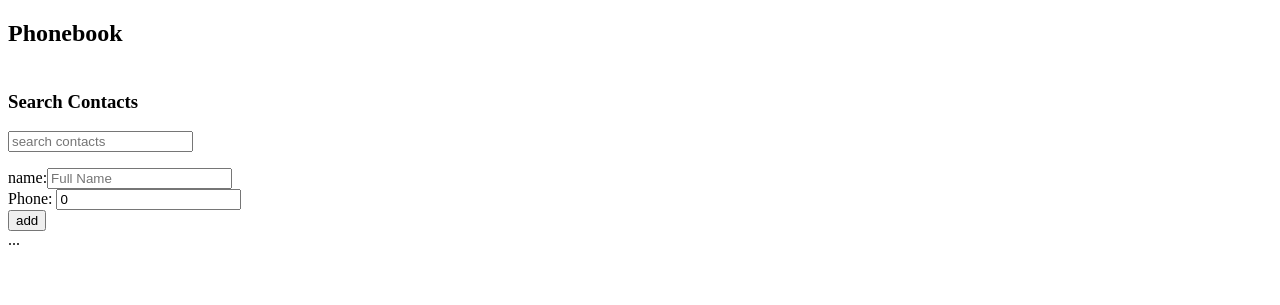
Repository: osalvatierra/fullstackopen
Page: / (app in phonebook/)
An editor plug-in stored every save of this project. The page is shown before and after the next save, followed by the edit.
The browser window is 1280 px wide. The pictures show the whole page.
The page's requests for data from a server got no answer. The project was rebuilt for these pictures with package versions that can differ from the ones it lists, and the page was loaded fresh each time. No one was signed in, and anything a server would have sent is missing. Also part of the build but not shown: phonebook/vite.config.js.

Above is the page before, as saved 2025-04-25 13:50:17.

### phonebook/src/main.tsx
import ReactDOM from "react-dom/client";
import "./index.css";
import App from "./App";

ReactDOM.createRoot(document.getElementById("root")!).render(<App />);

### phonebook/src/index.css
h1 {
  color: green;
  font-style: italic;
}

li {
  color: grey;
  padding-top: 3px;
  font-size: 15px;
}
.note {
  color: green;
  padding-top: 5px;
  font-size: 15px;
}

### phonebook/src/App.tsx
import { useState, useEffect } from "react";
import { Phonebook } from "./types/phonebook";

import PersonForm from "./components/PersonForm";
import SearchBox from "./components/SearchBox";
import SearchList from "./components/SearchList";
import Notifications from "./components/notifications";

import personService from "./services/personService";

const App = () => {
  const [persons, setPersons] = useState<Phonebook[]>([]);
  const [newName, setNewName] = useState("");
  const [newNumber, setNewNumber] = useState<number>(0);
  const [filteredPersons, setFilterPersons] = useState(persons);
  const [searchField, setSearchField] = useState("");
  const [message, setMessage] = useState("");

  const hook = () => {
    console.log("effect");
    personService.getAll().then((response) => {
      console.log("promise fullfilled");
      setPersons(response.data);
    });
  };

  useEffect(hook, []);

  console.log("render", persons.length, "notes");

  useEffect(() => {
    const newFilteredPersons = persons.filter((person) => {
      return person.name.toLocaleLowerCase().includes(searchField);
    });
    setFilterPersons(newFilteredPersons);
  }, [persons, searchField]);

  const handleName = (event: React.ChangeEvent<HTMLInputElement>) => {
    console.log(event.target.value);
    const value = event.target.value;

    setNewName(value);
  };

  const handleNumber = (event: React.ChangeEvent<HTMLInputElement>) => {
    console.log(event.target.value);
    const value = Number(event.target.value) || 0;
    setNewNumber(value);
  };

  const onSearchChange = (event: React.ChangeEvent<HTMLInputElement>) => {
    const searchFieldString = event.target.value.toLocaleLowerCase();
    setSearchField(searchFieldString);
  };

  const handleDelete = (id: string) => {
    if (window.confirm("Are you sure you want to delete this contact?")) {
      personService
        .remove(id)
        .then(() => {
          setPersons(persons.filter((p) => p.id !== id));
          const deletedName =
            persons.find((p) => p.id === id)?.name ?? "Unknown";
          console.log(deletedName);
          setMessage(`${deletedName} was removed from the phonebook`);
        })
        .catch((err) => {
          console.error(err);
          alert("Failed to delete contact.");
        });
    }
  };

  const handleSubmit = (event: React.FormEvent<HTMLFormElement>) => {
    event?.preventDefault();

    const existingPerson = persons.find((p) => p.name === newName);

    console.log(existingPerson);
    const phoneObject = {
      id: existingPerson ? existingPerson.id : crypto.randomUUID(),
      name: newName,
      number: newNumber,
    };

    if (existingPerson) {
      personService
        .update(existingPerson.id, phoneObject)
        .then((response) => {
          setPersons(
            persons.map((p) => (p.id === existingPerson.id ? response.data : p))
          );
          alert(`${newName} updated sucessfully.`);
          setMessage(`${newName} was updated`);
        })
        .catch((error) => {
          console.error(error);
          alert("Update Failed");
        });
    } else {
      personService
        .create({ ...phoneObject, id: crypto.randomUUID() })
        .then((response) => {
          setPersons(persons.concat(response.data));
          setMessage(`${newName} was added to phonebook`);
          alert(`${newName} added to phonebook.`);
        });
    }

    setNewName("");
    setNewNumber(0);
  };

  return (
    <div>
      <h2>Phonebook</h2>
      <Notifications message={message} />
      <h3>Search Contacts</h3>
      <SearchBox
        onChangeHandler={onSearchChange}
        placeholder="search contacts"
      />
      <SearchList persons={filteredPersons} handleDelete={handleDelete} />
      <PersonForm
        handleSubmit={handleSubmit}
        handleName={handleName}
        handleNumber={handleNumber}
        newName={newName}
        newNumber={newNumber}
      />
      ...
    </div>
  );
};

export default App;

### phonebook/src/components/PersonForm.tsx
import { formProps } from "../types/formprops";

const PersonForm = ({
  newName,
  newNumber,
  handleName,
  handleNumber,
  handleSubmit,
}: formProps) => (
  <form onSubmit={handleSubmit}>
    <div>
      name:
      <input placeholder={"Full Name"} value={newName} onChange={handleName} />
    </div>
    <div>
      Phone: <input value={newNumber} onChange={handleNumber} />
    </div>
    <div>
      <button type="submit">add</button>
    </div>
  </form>
);

export default PersonForm;

### phonebook/src/components/SearchBox.tsx
import { SearchBoxProps } from "../types/searchboxprops";

const SearchBox = ({ placeholder, onChangeHandler }: SearchBoxProps) => (
  <input placeholder={placeholder} onChange={onChangeHandler} />
);

export default SearchBox;

### phonebook/src/components/SearchList.tsx
import { Phonebook } from "../types/phonebook";

type SearchListProps = {
  persons: Phonebook[];
  handleDelete: (id: string) => void;
};

const SearchList = ({ persons, handleDelete }: SearchListProps) => {
  return (
    <div>
      <ul>
        {persons.map((person) => (
          <li key={person.id}>
            {person.name} — {person.number}{" "}
            <button type="button" onClick={() => handleDelete(person.id)}>
              Delete
            </button>
          </li>
        ))}
      </ul>
    </div>
  );
};

export default SearchList;

### phonebook/src/components/notifications.tsx
type notificationProps = {
  message: string;
};

const Notifications = ({ message }: notificationProps) => {
  if (message === null) {
    return null;
  }

  return <div className="note">{message}</div>;
};

export default Notifications;

### phonebook/src/services/personService.tsx
import axios from "axios";
const baseUrl = "http://localhost:3001/persons";
import { PersonService } from "../types/personserviceprops";

const getAll: PersonService["getAll"] = () => {
  return axios.get(baseUrl);
};

const create: PersonService["create"] = (newObject) => {
  return axios.post(baseUrl, newObject);
};

const update: PersonService["update"] = (id: string, newObject) => {
  return axios.put(`${baseUrl}/${id}`, newObject);
};

const remove: PersonService["remove"] = (id) => {
  return axios.delete(`${baseUrl}/${id}`);
};

const personService: PersonService = {
  getAll,
  create,
  update,
  remove,
};

export default personService;

Loaded but not shown: phonebook/index.html (common file)

After the next save:
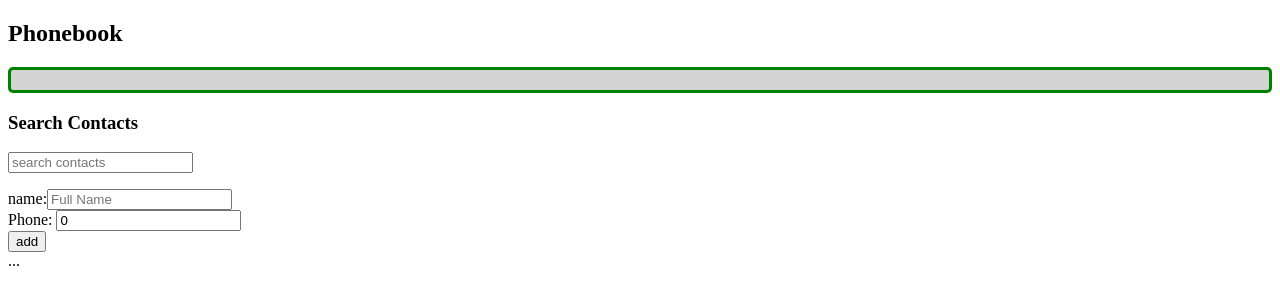
Saved 4 min 10 s later.
--- a/phonebook/src/index.css
+++ b/phonebook/src/index.css
@@ -12,4 +12,10 @@ li {
   color: green;
   padding-top: 5px;
   font-size: 15px;
+  background: lightgrey;
+  font-size: 20px;
+  border-style: solid;
+  border-radius: 5px;
+  padding: 10px;
+  margin-bottom: 10px;
 }
